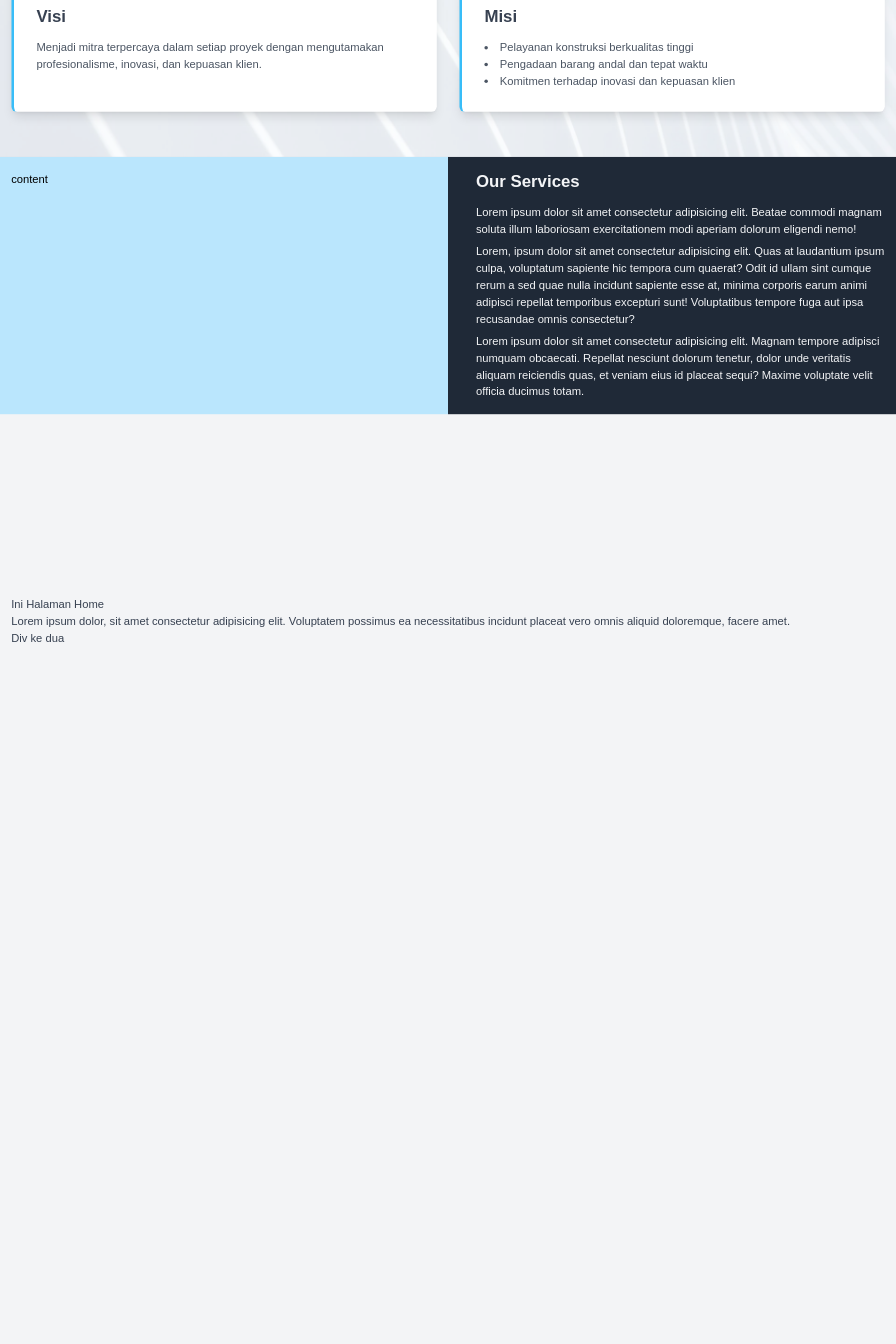
Repository: PrasBaldin/next-mulse
Page: /
These files come from the project's save history. The page is drawn as it stood at one moment and after the next save; the edit follows.
The browser window is 1280 px wide. The pictures show the part of the page from y = 1744 to 3664 px (the page is 4205 px tall before and 4229 px after), at 70% of full size.
The project was rebuilt for these pictures with package versions that can differ from the ones it lists, and the page was loaded fresh each time. The framework's server and built-in components were replaced by stand-ins that run in the browser. Also part of the build but not shown: next.config.ts.

Above is the page before, as saved 2025-02-23 04:50:35.

### app/layout.tsx
import type { Metadata } from "next";
import { Geist, Geist_Mono } from "next/font/google";
import "./globals.css";
import Navbar from "@/components/navbar";
import Footer from "@/components/footer";

const geistSans = Geist({
  variable: "--font-geist-sans",
  subsets: ["latin"],
});

const geistMono = Geist_Mono({
  variable: "--font-geist-mono",
  subsets: ["latin"],
});

export const metadata: Metadata = {
  title: "Mulse",
  description: "Selamat datang di PT. Mulse Citra Nusa, kami menyediakan barang dan jasa sesuai kebutuhan Anda.",
};

export default function RootLayout({
  children,
}: Readonly<{
  children: React.ReactNode;
}>) {
  return (
    <html lang="en">
      <body className={`${geistSans.variable} ${geistMono.variable} antialiased`} >
        <Navbar />
        {children}
        <Footer />
      </body>
    </html>
  );
}

### app/page.tsx
import Hero from "@/components/hero";
import AboutPage from "./about/page";
import ServicesPage from "./services/page";

const IndexPage = () => (
  <>
    <Hero />
    <AboutPage />
    <ServicesPage />
    <section className="bg-gray-100 dark:bg-gray-700 text-gray-700 dark:text-gray-100 transition duration-500 ease-in-out py-5">
      <div className="container">
        <div className="py-[15rem]">
          <h1>Ini Halaman Home</h1>
          <p>Lorem ipsum dolor, sit amet consectetur adipisicing elit. Voluptatem possimus ea necessitatibus incidunt placeat vero omnis aliquid doloremque, facere amet.</p>
          <div className="pb-[15rem]">
            <p>Div ke dua</p>
          </div>
          <div className="py-[20rem]"></div>
        </div>
      </div>
    </section>
  </>
);

export default IndexPage

### app/globals.css
@tailwind base;
@tailwind components;
@tailwind utilities;

:root {
  --background: #ffffff;
  --foreground: #171717;
}

@media (prefers-color-scheme: dark) {
  :root {
    --background: #0a0a0a;
    --foreground: #ededed;
  }
}

body {
  font-family: Arial, Helvetica, sans-serif;
  @apply bg-gray-100 dark:bg-gray-700
}

.container {
  @apply mx-auto px-4
}

.btn {
  @apply p-2 rounded-lg hover:bg-gray-200 dark:hover:bg-gray-600 transition duration-500 ease-in-out
}

### app/services/page.tsx
const ServicesPage = () => {
    return (
        <>
            <section className="w-full flex flex-col lg:flex-row">
                <div className="w-full lg:w-1/2 bg-sky-200">
                    <div className="sm:max-w-[640px] md:max-w-[768px] lg:max-w-[512px] xl:max-w-[640px] 2xl:max-w-[768px] ml-auto mr-auto lg:mr-0 px-4 lg:pr-10">
                        <div className="py-5">
                            <p>content</p>
                        </div>
                    </div>
                </div>
                <div className="w-full lg:w-1/2 bg-gray-800 text-gray-100">
                    <div className="sm:max-w-[640px] md:max-w-[768px] lg:max-w-[512px] xl:max-w-[640px] 2xl:max-w-[768px] ml-auto mr-auto lg:ml-0 px-4 lg:pl-10">
                        <div className="py-5">
                            <h3 className="mb-4 text-2xl font-bold">Our Services</h3>
                            <p className="mb-2">Lorem ipsum dolor sit amet consectetur adipisicing elit. Beatae commodi magnam soluta illum laboriosam exercitationem modi aperiam dolorum eligendi nemo!</p>
                            <p className="mb-2">Lorem, ipsum dolor sit amet consectetur adipisicing elit. Quas at laudantium ipsum culpa, voluptatum sapiente hic tempora cum quaerat? Odit id ullam sint cumque rerum a sed quae nulla incidunt sapiente esse at, minima corporis earum animi adipisci repellat temporibus excepturi sunt! Voluptatibus tempore fuga aut ipsa recusandae omnis consectetur?</p>
                            <p>Lorem ipsum dolor sit amet consectetur adipisicing elit. Magnam tempore adipisci numquam obcaecati. Repellat nesciunt dolorum tenetur, dolor unde veritatis aliquam reiciendis quas, et veniam eius id placeat sequi? Maxime voluptate velit officia ducimus totam.</p>
                        </div>
                    </div>
                </div>
            </section>

            {/*<section className="Services container">
                <div className="flex flex-col lg:flex-row items-center">
                    <div className="w-full lg:w-1/2 py-16 bg-gradient-to-b from-sky-200 to-sky-500 dark:bg-gray-900 text-gray-700 dark:text-gray-100 transition duration-500 ease-in-out">
                        <div className="container">
                            <div className="Services-left">
                                <span>content</span>
                            </div>
                        </div>
                    </div>
                    <div className="w-full lg:w-1/2 py-16 bg-gradient-to-b from-gray-700 to-gray-900 dark:bg-gray-900 text-gray-700 dark:text-gray-100 transition duration-500 ease-in-out">
                        <div className="container">
                            <div className="Services-right">
                                <span>content right</span>
                            </div>
                        </div>
                    </div>
                </div>
                </section>*/}
        </>
    );
};

export default ServicesPage;

// <section className="py-16 bg-gray-50 dark:bg-gray-900">
//     <div className="container mx-auto px-4">
//         <h1 className="text-4xl font-bold text-center text-gray-800 dark:text-white mb-12 relative inline-block">
//             Layanan Kami
//             <span className="absolute -bottom-2 left-1/2 transform -translate-x-1/2 w-24 h-1 bg-blue-500"></span>
//         </h1>
//         <div className="grid grid-cols-1 md:grid-cols-2 lg:grid-cols-3 gap-8">
//             {/* Card Layanan 1 */}
//             <div className="bg-white dark:bg-gray-800 rounded-lg shadow-lg p-6 border-t-4 border-blue-500 hover:shadow-2xl transition duration-300">
//                 <div className="mb-4 flex justify-center">
//                     <img src="/img/service1.svg" alt="Konstruksi Bangunan" className="w-12 h-12" />
//                 </div>
//                 <h3 className="text-xl font-semibold text-gray-800 dark:text-white mb-2 text-center">
//                     Konstruksi Bangunan
//                 </h3>
//                 <p className="text-gray-600 dark:text-gray-300 text-center">
//                     Menyediakan solusi konstruksi bangunan yang inovatif dan berkualitas tinggi untuk berbagai proyek.
//                 </p>
//             </div>
//             {/* Card Layanan 2 */}
//             <div className="bg-white dark:bg-gray-800 rounded-lg shadow-lg p-6 border-t-4 border-blue-500 hover:shadow-2xl transition duration-300">
//                 <div className="mb-4 flex justify-center">
//                     <img src="/img/service2.svg" alt="Pengadaan Material" className="w-12 h-12" />
//                 </div>
//                 <h3 className="text-xl font-semibold text-gray-800 dark:text-white mb-2 text-center">
//                     Pengadaan Material
//                 </h3>
//                 <p className="text-gray-600 dark:text-gray-300 text-center">
//                     Pengadaan material berkualitas dengan proses cepat dan efisien untuk mendukung setiap proyek konstruksi.
//                 </p>
//             </div>
//             {/* Card Layanan 3 */}
//             <div className="bg-white dark:bg-gray-800 rounded-lg shadow-lg p-6 border-t-4 border-blue-500 hover:shadow-2xl transition duration-300">
//                 <div className="mb-4 flex justify-center">
//                     <img src="/img/service3.svg" alt="Desain Arsitektur" className="w-12 h-12" />
//                 </div>
//                 <h3 className="text-xl font-semibold text-gray-800 dark:text-white mb-2 text-center">
//                     Desain Arsitektur
//                 </h3>
//                 <p className="text-gray-600 dark:text-gray-300 text-center">
//                     Menyediakan layanan desain arsitektur kreatif dan inovatif untuk menciptakan bangunan yang unik dan fungsional.
//                 </p>
//             </div>
//             {/* Card Layanan 4 */}
//             <div className="bg-white dark:bg-gray-800 rounded-lg shadow-lg p-6 border-t-4 border-blue-500 hover:shadow-2xl transition duration-300">
//                 <div className="mb-4 flex justify-center">
//                     <img src="/img/service4.svg" alt="Renovasi &amp; Perbaikan" className="w-12 h-12" />
//                 </div>
//                 <h3 className="text-xl font-semibold text-gray-800 dark:text-white mb-2 text-center">
//                     Renovasi &amp; Perbaikan
//                 </h3>
//                 <p className="text-gray-600 dark:text-gray-300 text-center">
//                     Layanan renovasi dan perbaikan bangunan dengan pendekatan profesional dan efisien untuk meningkatkan nilai properti Anda.
//                 </p>
//             </div>
//             {/* Card Layanan 5 */}
//             <div className="bg-white dark:bg-gray-800 rounded-lg shadow-lg p-6 border-t-4 border-blue-500 hover:shadow-2xl transition duration-300">
//                 <div className="mb-4 flex justify-center">
//                     <img src="/img/service5.svg" alt="Konsultasi Proyek" className="w-12 h-12" />
//                 </div>
//                 <h3 className="text-xl font-semibold text-gray-800 dark:text-white mb-2 text-center">
//                     Konsultasi Proyek
//                 </h3>
//                 <p className="text-gray-600 dark:text-gray-300 text-center">
//                     Menawarkan konsultasi menyeluruh untuk memastikan setiap tahap proyek berjalan dengan lancar dan tepat sasaran.
//                 </p>
//             </div>
//             {/* Card Layanan 6 */}
//             <div className="bg-white dark:bg-gray-800 rounded-lg shadow-lg p-6 border-t-4 border-blue-500 hover:shadow-2xl transition duration-300">
//                 <div className="mb-4 flex justify-center">
//                     <img src="/img/service6.svg" alt="Manajemen Proyek" className="w-12 h-12" />
//                 </div>
//                 <h3 className="text-xl font-semibold text-gray-800 dark:text-white mb-2 text-center">
//                     Manajemen Proyek
//                 </h3>
//                 <p className="text-gray-600 dark:text-gray-300 text-center">
//                     Layanan manajemen proyek terintegrasi yang memastikan pengawasan dan koordinasi setiap aspek proyek secara optimal.
//                 </p>
//             </div>
//         </div>
//     </div>
// </section>

### components/navbar.css
.utility-bar {
    @apply hidden lg:block absolute w-full py-1 bg-gray-100 dark:bg-gray-700 transition duration-500 ease-in-out z-10
}

.utility-content {
    @apply w-auto flex gap-2
}

.social-media-link {
    @apply mr-3 text-gray-700 dark:text-gray-100 hover:text-sky-500 dark:hover:text-sky-500 transition duration-300
}

.navbar {
    @apply bg-white dark:bg-gray-800 transition duration-500 ease-in-out shadow-md lg:top-[40px] fixed lg:absolute w-full z-20
}

.nav-link {
    @apply text-gray-700 hover:text-sky-500 dark:hover:text-sky-500 dark:text-gray-100 py-5 transition duration-500 ease-in-out border-b-2 border-transparent hover:border-sky-500 flex items-center
}

.nav-dropdown {
    @apply bg-white dark:bg-gray-800 absolute top-[4rem] -left-2 w-auto pt-2 p-3 border-2 border-sky-500 shadow-xl rounded-lg overflow-visible transition-all duration-300 transform
}

.nav-link-dropdown {
    @apply text-gray-700 hover:text-sky-500 dark:hover:text-sky-500 dark:text-gray-100 pt-2 pb-1 transition duration-500 ease-in-out hover:bg-gray-100 dark:hover:bg-gray-700 rounded border-b border-gray-200 hover:border-sky-500 block mt-2 px-2
}

.nav-link-mobile {
    @apply hover:bg-gray-100 dark:hover:bg-gray-700 text-gray-700 hover:text-sky-500 dark:hover:text-sky-500 dark:text-gray-100 py-2 pl-2 border-b border-gray-200 hover:border-sky-500 rounded transition
}

.hamburger {
    @apply absolute w-6 h-[3px] bg-gray-800 dark:bg-gray-100 rounded transition duration-500 ease-in-out
}

.dropdown-arrow {
    @apply border-b-2 border-r-2 border-gray-700 dark:border-gray-100 ml-2 w-3 h-3 transition duration-500 ease-in-out
}

.nav-link-mobile:hover .dropdown-arrow {
    @apply border-sky-500
}

### components/toggleLanguage.tsx
"use client";
import { useState, useEffect } from "react";

import IconEN from "../app/_assets/icon/iconEN";
import IconID from "../app/_assets/icon/iconID";

import "./toggleLanguage.css";

const ToggleLanguage = () => {
    const [isEnglish, setIsEnglish] = useState(true);

    // Efek untuk sinkronisasi bahasa dengan localStorage
    useEffect(() => {
        const storedLanguage = localStorage.getItem('language');
        setIsEnglish(storedLanguage === 'en');
    }, []);

    // Efek untuk menyimpan preferensi bahasa ke localStorage
    useEffect(() => {
        localStorage.setItem('language', isEnglish ? 'en' : 'id');
    }, [isEnglish]);

    return (
        <>
            {/* Mobile */}
            <button onClick={() => setIsEnglish(!isEnglish)} className="lg:hidden btn flex items-center gap-2" >
                {/* <span className="font-medium text-gray-700 dark:text-gray-300">
                    {isEnglish ? <IconEN /> : <IconID />}
                </span> */}
                <div className="flex relative">
                    <div className={`flex transition-all duration-500 transform ${isEnglish ? 'opacity-100 scale-1' : 'opacity-0 scale-0'}`} >
                        <IconEN />
                    </div>
                    <div className={`absolute flex transition-all duration-500 transform ${isEnglish ? 'opacity-0 scale-0' : 'opacity-100 scale-1'}`} >
                        <IconID />
                    </div>
                </div>
                <span className="text-gray-700 dark:text-gray-300">
                    {("navbar.changeLang")}
                </span>
            </button>

            {/* Desktop */}
            <button onClick={() => setIsEnglish(!isEnglish)} className="btn hidden lg:block btn w-8 h-8 relative overflow-hidden">
                <div className={`toggle-lang ${isEnglish ? 'opacity-100 scale-1' : 'opacity-0 scale-0'}`} >
                    <IconEN />
                </div>
                <div className={`toggle-lang ${isEnglish ? 'opacity-0 scale-0' : 'opacity-100 scale-1'}`} >
                    <IconID />
                </div>
            </button>
        </>
    )
}

export default ToggleLanguage

### components/footer.css
footer table tr a {
    @apply transition duration-300
}

footer table tr:hover a {
    @apply text-sky-400
}

### components/hero.css
.hero-wrap {
    @apply h-[110vh] min-h-[40rem] overflow-hidden
}

.hero-parallax {
    @apply relative h-[110vh] min-h-[40rem] w-full bg-cover bg-center bg-fixed translate-y-[-0.2px]
}

.hero-mask {
    @apply absolute inset-0 flex items-center justify-center bg-black bg-opacity-30 dark:bg-opacity-50 text-white text-3xl font-bold transition duration-500 ease-in-out
}

.benefit-section {
    @apply max-w-full md:max-w-[85rem] mx-auto md:absolute top-[100vh]
}

.benefit-card {
    @apply transition transform duration-300 ease-in-out p-6 xl:col-span-2
}

### components/heroTypewriter.tsx
"use client";
import { useEffect, useRef, useState } from "react";

interface TypewriterProps {
    text: string;
    speed?: number;
    className?: string;
    delay?: number;
}

export default function Typewriter({
    text,
    speed = 5,
    className = "",
    delay = 0,
}: TypewriterProps) {
    const [displayText, setDisplayText] = useState<string>("");
    const indexRef = useRef<number>(0);

    useEffect(() => {
        setDisplayText("");
        indexRef.current = 0;

        let animationFrameId: number;
        let lastTime: number = performance.now();

        const update = (now: number) => {
            // Hanya update jika tab aktif
            if (document.visibilityState === "hidden") {
                animationFrameId = requestAnimationFrame(update);
                return;
            }

            if (now - lastTime >= speed) {
                setDisplayText((prev) => prev + text.charAt(indexRef.current));
                indexRef.current++;
                lastTime = now;
            }

            if (indexRef.current < text.length) {
                animationFrameId = requestAnimationFrame(update);
            }
        };

        const timeoutId = setTimeout(() => {
            animationFrameId = requestAnimationFrame(update);
        }, delay);

        return () => {
            clearTimeout(timeoutId);
            cancelAnimationFrame(animationFrameId);
        };
    }, [text, speed, delay]);

    return <span className={className}>{displayText}</span>;
}

### app/_assets/icon/iconID.tsx
import React from "react";

const iconID = () => {
    return (
        <svg className="w-5 h-5 rounded-full" version="1.1" id="Layer_1" xmlns="http://www.w3.org/2000/svg" xmlnsXlink="http://www.w3.org/1999/xlink" x="0px" y="0px"
            width="150px" height="150px" viewBox="0 0 150 150" enableBackground="new 0 0 150 150" xmlSpace="preserve">
            <rect x="-1" y="-0.999" fill="#ED1C24" width="152" height="75.999" />
            <rect x="-1" y="75" fill="#FFFFFF" width="152" height="76" />
            <path opacity="0.1" d="M151,160H66c0,0,60.501-26.039,60.501-85C126.501,16.207,66-9.999,66-9.999h85V160z" />
        </svg>
    )
}

export default iconID

### components/toggleLanguage.css
.toggle-lang {
    @apply absolute top-0 bottom-0 left-0 right-0 flex items-center justify-center transition-all duration-500 transform
}

### app/_assets/icon/iconDarkmode.tsx
import React from "react";

const IconDarkmode = () => {
    return (
        <svg xmlns="http://www.w3.org/2000/svg" className="h-5 w-5 text-gray-700 dark:text-gray-100" fill="none" viewBox="0 0 24 24" stroke="currentColor">
            <path strokeLinecap="round" strokeLinejoin="round" strokeWidth={2} d="M20.354 15.354A9 9 0 018.646 3.646 9.003 9.003 0 0012 21a9.003 9.003 0 008.354-5.646z" />
        </svg>
    )
}

export default IconDarkmode

### app/_assets/icon/iconLightmode.tsx
import React from "react";

const IconLightMode = () => {
    return (
        <svg xmlns="http://www.w3.org/2000/svg" className="h-5 w-5 text-gray-100" fill="none" viewBox="0 0 24 24" stroke="currentColor">
            <path strokeLinecap="round" strokeLinejoin="round" strokeWidth="2" d="M12 3v1m0 16v1m9-9h-1M4 12H3m15.364 6.364l-.707-.707M6.343 6.343l-.707-.707m12.728 0l-.707.707M6.343 17.657l-.707.707" />
            <circle cx="12" cy="12" r="3" stroke="currentColor" strokeWidth="2" fill="none" />
        </svg>
    )
}

export default IconLightMode

### components/toggleDarkMode.css
.toggle-dark-mode {
    @apply absolute top-0 bottom-0 left-0 right-0 flex items-center justify-center transition-all duration-500 transform
}

.toggle-dark-mode-mobile {
    @apply flex items-center justify-center transition-all duration-500 transform
}

### app/_assets/icon/iconStar.tsx
import React from 'react'

const iconStar = () => {
    return (
        <svg className="w-[85px] h-[85px] fill-sky-900 dark:fill-gray-100" viewBox="0 0 24 24" fill="none" xmlns="http://www.w3.org/2000/svg">
            <path opacity="0.5" d="M22 12C22 17.5228 17.5228 22 12 22C6.47715 22 2 17.5228 2 12C2 6.47715 6.47715 2 12 2C17.5228 2 22 6.47715 22 12Z" />
            <path d="M10.4127 8.49812L10.5766 8.20419C11.2099 7.06807 11.5266 6.5 12 6.5C12.4734 6.5 12.7901 7.06806 13.4234 8.20419L13.5873 8.49813C13.7672 8.82097 13.8572 8.98239 13.9975 9.0889C14.1378 9.19541 14.3126 9.23495 14.6621 9.31402L14.9802 9.38601C16.2101 9.66428 16.825 9.80341 16.9713 10.2739C17.1176 10.7443 16.6984 11.2345 15.86 12.215L15.643 12.4686C15.4048 12.7472 15.2857 12.8865 15.2321 13.0589C15.1785 13.2312 15.1965 13.4171 15.2325 13.7888L15.2653 14.1272C15.3921 15.4353 15.4554 16.0894 15.0724 16.3801C14.6894 16.6709 14.1137 16.4058 12.9622 15.8756L12.6643 15.7384C12.337 15.5878 12.1734 15.5124 12 15.5124C11.8266 15.5124 11.663 15.5878 11.3357 15.7384L11.0378 15.8756C9.88633 16.4058 9.31059 16.6709 8.92757 16.3801C8.54456 16.0894 8.60794 15.4353 8.7347 14.1272L8.76749 13.7888C8.80351 13.4171 8.82152 13.2312 8.76793 13.0589C8.71434 12.8865 8.59521 12.7472 8.35696 12.4686L8.14005 12.215C7.30162 11.2345 6.88241 10.7443 7.02871 10.2739C7.17501 9.80341 7.78994 9.66427 9.01977 9.38601L9.33794 9.31402C9.68743 9.23495 9.86217 9.19541 10.0025 9.0889C10.1428 8.98239 10.2328 8.82097 10.4127 8.49812Z" />
        </svg>
    )
}

export default iconStar

### tailwind.config.ts
import type { Config } from "tailwindcss";

export default {
  darkMode: 'class',
  content: [
    "./pages/**/*.{js,ts,jsx,tsx,mdx}",
    "./components/**/*.{js,ts,jsx,tsx,mdx}",
    "./app/**/*.{js,ts,jsx,tsx,mdx}"
  ],
  theme: {
    extend: {
      width: {
        '11': '2.75rem',
      },
      height: {
        '11': '2.75rem',
      },
      colors: {
        background: "var(--background)",
        foreground: "var(--foreground)",
      },
    },
  },
  plugins: [],
} satisfies Config;

Loaded but not shown: components/footer.tsx (228 lines, source omitted); components/navbar.tsx (140 lines, source omitted); components/hero.tsx (136 lines, source omitted); app/_assets/icon/iconEN.tsx (58 lines, source omitted); app/about/page.tsx (67 lines, source omitted); app/_assets/icon/iconThumbUp.tsx (45 lines, source omitted); components/heroBenefitSection.tsx (100 lines, source omitted); components/toggleDarkMode.tsx (58 lines, source omitted); app/_assets/icon/iconTeam.tsx (31 lines, source omitted)

After the next save:
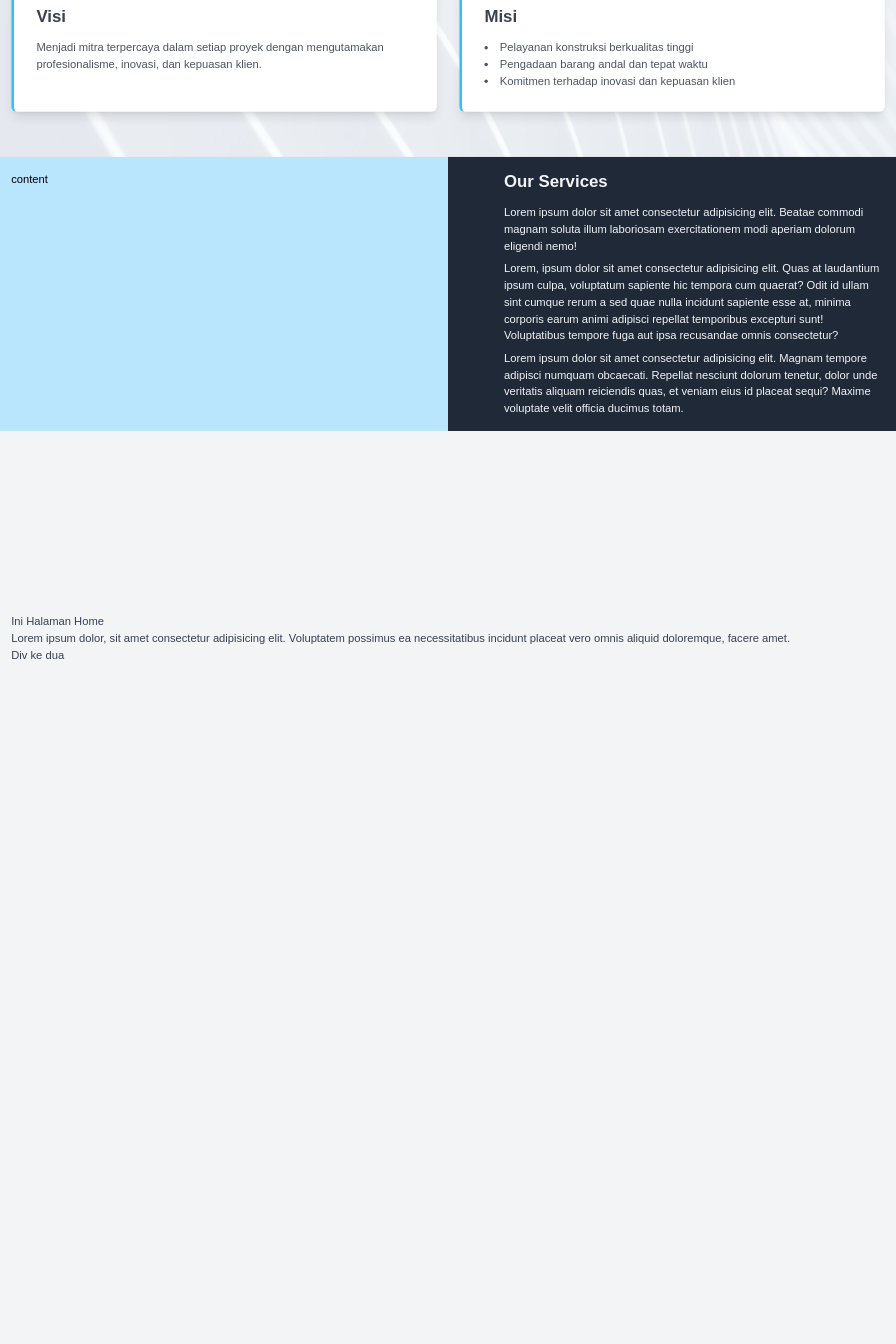
Saved 8 s later.
--- a/app/services/page.tsx
+++ b/app/services/page.tsx
@@ -10,7 +10,7 @@ const ServicesPage = () => {
                     </div>
                 </div>
                 <div className="w-full lg:w-1/2 bg-gray-800 text-gray-100">
-                    <div className="sm:max-w-[640px] md:max-w-[768px] lg:max-w-[512px] xl:max-w-[640px] 2xl:max-w-[768px] ml-auto mr-auto lg:ml-0 px-4 lg:pl-10">
+                    <div className="sm:max-w-[640px] md:max-w-[768px] lg:max-w-[512px] xl:max-w-[640px] 2xl:max-w-[768px] ml-auto mr-auto lg:ml-0 px-4 lg:pl-20">
                         <div className="py-5">
                             <h3 className="mb-4 text-2xl font-bold">Our Services</h3>
                             <p className="mb-2">Lorem ipsum dolor sit amet consectetur adipisicing elit. Beatae commodi magnam soluta illum laboriosam exercitationem modi aperiam dolorum eligendi nemo!</p>
